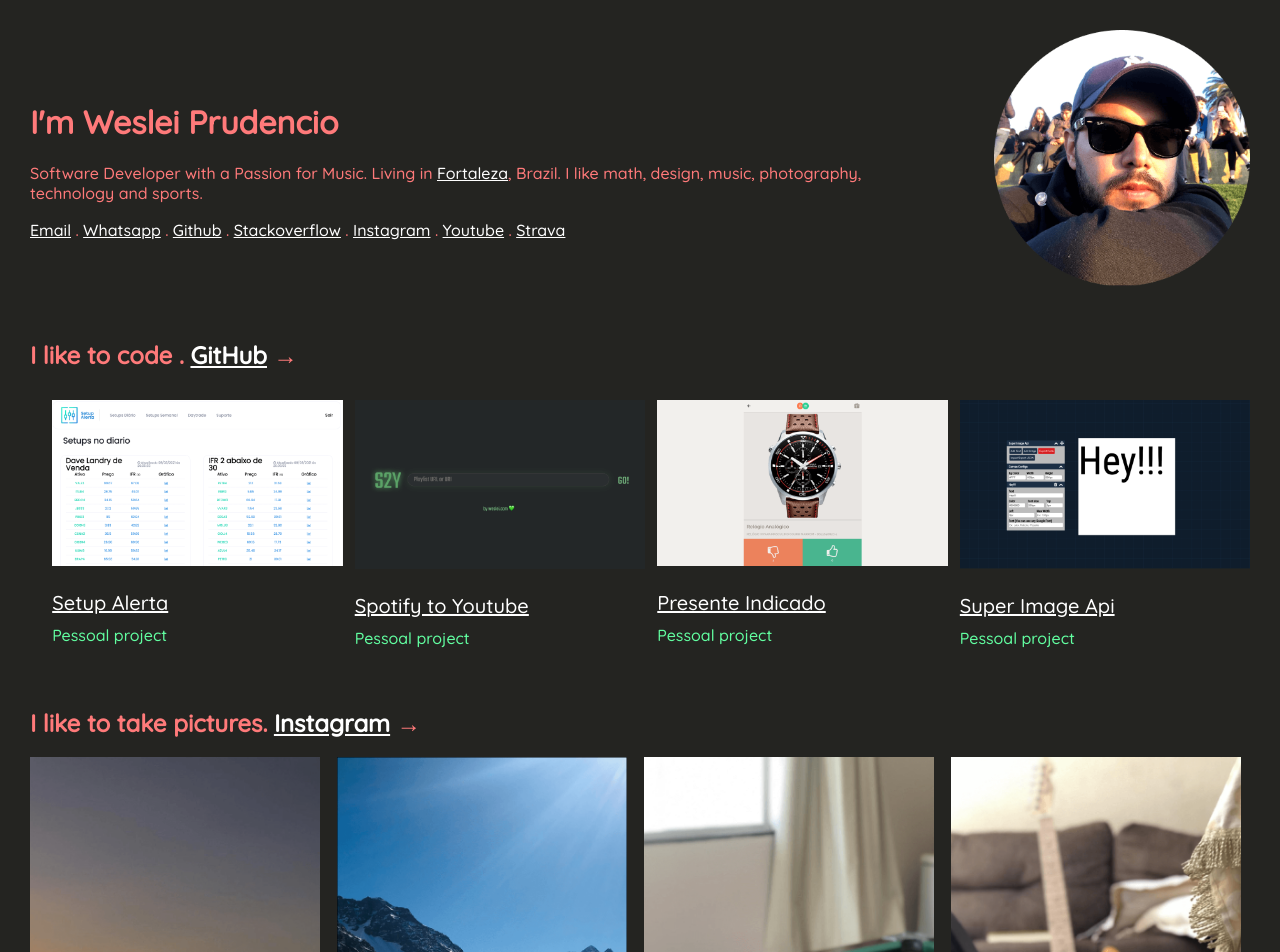
Repository: wprudencio/mywebsite
Page: index_src.html
An editor plug-in stored every save of this project. The page is shown before and after the next save, followed by the edit.
The browser window is 1280 px wide. The pictures show the part of the page from y = 0 to 952 px (the page is 2012 px tall before and 1962 px after).

Above is the page before, as saved 2021-04-15 21:03:27.

### index_src.html
<!DOCTYPE html>
<html lang="en">
  <head>
    <meta charset="UTF-8" />
    <meta name="viewport" content="width=device-width, initial-scale=1.0" />
    <meta http-equiv="X-UA-Compatible" content="ie=edge" />
    <meta name="description" content="Software Developer with a Passion for Music. I like math, design, music, photography, technology and sports.">
    <meta name="keywords" content="Software Engineer,nodejs,node,node.js,javascript,react,react-native,react,postgree,dokku,docker,css,html,fullstack,fullstack developer">
    <title>Weslei Prudencio - Fullstack Developer</title>
    <link rel="stylesheet" type="text/css" href="style.css" />
    <link rel="preconnect" href="https://fonts.gstatic.com" />
    <link rel="shortcut icon" href="img/favicon.ico">
    <link
      href="https://fonts.googleapis.com/css2?family=Quicksand:wght@500&display=swap"
      rel="stylesheet"
    />
  </head>
  <body>
    <div class="header">
      <div class="titles">
        <h1 class="title">I'm Weslei Prudencio</h1>
        <div class="subtile subcolor">
          Software Developer with a Passion for Music. Living in <a target="_blank" href="https://www.google.com/maps/search/fortaleza/@-3.7402515,-38.5448821,14.12z">Fortaleza</a>,
          Brazil. I like math, design, music, photography, technology and sports.
        </div>
        <div class="social-links">
          <a target="_blank" href="/img/contactme.png">Email</a> . <a target="_blank" href="https://api.whatsapp.com/send?phone=+5585997731370&text=hey!"> Whatsapp</a> . <a target="_blank" href="https://github.com/wprudencio">Github</a> .
          <a target="_blank" href="https://stackoverflow.com/users/1723176/weslei-prudencio">Stackoverflow</a> . <a target="_blank" href="https://www.instagram.com/wesprudencio/">Instagram</a> .
          <a target="_blank" href="https://www.youtube.com/user/wesleiwpa">Youtube</a> . <a target="_blank" href="https://www.strava.com/athletes/46133690">Strava</a>
        </div>
      </div>
      <div class="profile-picture"><img src="./img/weslei.png" /></div>
    </div>

    <section class="code">
      <h1 class="title">
        I like to code . <a href="https://github.com/wprudencio" target="_blank" class="subcolor">GitHub</a>
        <span class="hide-on-mobile">→</span>
      </h1>
      <div class="hide-on-mobile">

        <div class="code-content">
          <img src="img/screenshot_setupalerta.png" width="300" />
          <div class="title"><a class="title" href="https://www.setupalerta.com.br">Setup Alerta</a></div>
          <div class="subtitle">Pessoal project</div>
          <!-- <div class="description">
            Software Developer with a Passion for Design. Living in Fortaleza,
            Brazil. I like math, design, technology, and found in software
            development the perfect balance. Django
          </div> -->
        </div>
        <div class="code-content">
          <img src="img/screenshot_s2y.png" width="300" />
          <div class="title"><a class="title" href="https://spotifytoyoutube.weslei.com/">Spotify to Youtube</a></div>
          <div class="subtitle">Pessoal project</div>
          <!-- <div class="description">
            Software Developer with a Passion for Design. Living in Fortaleza,
            Brazil. I like math, design, technology, and found in software
            development the perfect balance. Django
          </div> -->
        </div>
        <div class="code-content">
          <img src="img/screenshot_presenteindicado.png" width="300" />
          <div class="title"><a class="title" href="https://presenteindicado.herokuapp.com/">Presente Indicado</a></div>
          <div class="subtitle">Pessoal project</div>
          <!-- <div class="description">
            Software Developer with a Passion for music and design. Living in Fortaleza,
            Brazil. I like music, design, technology, and found in software
            development the perfect balance. Django
          </div> -->
        </div>
        <div class="code-content">
          <img src="img/screenshot_superimageapi.png" width="300" />
          <div class="title"><a class="title" href="https://superimageapi.weslei.com/">Super Image Api</a></div>
          <div class="subtitle">Pessoal project</div>
          <!-- <div class="description">
            Software Developer with a Passion for music and design. Living in Fortaleza,
            Brazil. I like music, design, technology, and found in software
            development the perfect balance. Django
          </div> -->
        </div>
        <!-- <div class="code-content">
          <img src="img/screenshot_s2y.png" width="300" />
          <div class="title">Setup Alerta</div>
          <div class="subtitle">Pessoal project</div>
          <div class="description">
            Software Developer with a Passion for Design. Living in Fortaleza,
            Brazil. I like math, design, technology, and found in software
            development the perfect balance. Django
          </div>
        </div> -->
      </div>
    </section>

    <section class="photo">
      <h1 class="title">
        I like to take pictures. <a href="https://www.instagram.com/wesprudencio/" target="_blank" class="subcolor">Instagram</a href="">
        <span class="hide-on-mobile">→</span>
      </h1>
      <div class="section-content hide-on-mobile">
        <img src="img/photo1.png" />
        <img src="img/photo2.png" />
        <img src="img/photo3.png" />
        <img src="img/photo4.png" />
      </div>
    </section>
    <section class="music">
      <h1 class="title">
        I like to play . <a href="https://www.youtube.com/user/wesleiwpa" target="_blank" class="subcolor">YouTube</a>
        <span class="hide-on-mobile">→</span>
      </h1>
      <div class="section-content hide-on-mobile">
        <iframe
          src="https://www.youtube.com/embed/yPIpGEmBJB4"
          frameborder="0"
          allow="accelerometer; autoplay; clipboard-write; encrypted-media; gyroscope; picture-in-picture"
          allowfullscreen
        ></iframe>
        <iframe
          src="https://www.youtube.com/embed/cLxHDwdbUxs"
          frameborder="0"
          allow="accelerometer; autoplay; clipboard-write; encrypted-media; gyroscope; picture-in-picture"
          allowfullscreen
        ></iframe>
        <iframe
          src="https://www.youtube.com/embed/GoNQzONj6T8"
          frameborder="0"
          allow="accelerometer; autoplay; clipboard-write; encrypted-media; gyroscope; picture-in-picture"
          allowfullscreen
        ></iframe>
        <iframe
          src="https://www.youtube.com/embed/zvhm4AExjm4"
          frameborder="0"
          allow="accelerometer; autoplay; clipboard-write; encrypted-media; gyroscope; picture-in-picture"
          allowfullscreen
        ></iframe>
      </div>
    </section>

    <footer>Made with love in 🇧🇷</footer>


<!-- Global site tag (gtag.js) - Google Analytics -->
<script async src="https://www.googletagmanager.com/gtag/js?id=G-LMNC2LT64Z"></script>
<script>
  window.dataLayer = window.dataLayer || [];
  function gtag(){dataLayer.push(arguments);}
  gtag('js', new Date());

  gtag('config', 'G-LMNC2LT64Z');
</script><!-- Global site tag (gtag.js) - Google Analytics -->
<script async src="https://www.googletagmanager.com/gtag/js?id=G-LMNC2LT64Z"></script>
<script>
  window.dataLayer = window.dataLayer || [];
  function gtag(){dataLayer.push(arguments);}
  gtag('js', new Date());

  gtag('config', 'G-LMNC2LT64Z');
</script>
  </body>
</html>

### style.css
body {
  background-color: #242421;
  font-family: "Quicksand", sans-serif;
  color: #ff7a7a;
  max-width: 1400px;
  margin: 0 auto;
  padding: 30px;
}
section {
  margin-top: 50px;
}
a {
  color: #ffff;
}

.social-links {
  padding-top: 17px;
}

.header {
  display: flex;
  flex-direction: row;
  margin: auto;
}

.code > div {
  display: flex;
}

.code-content {
  /* border: 1px solid; */
  max-width: 23.8%;
  padding-left: 1%;
}

.code-content > * {
  margin: 10px;
}

.code-content > img {
  width: 100%;
}

.code-content .title {
  font-size: 20px;
}

.code-content .subtitle {
  color: #62ffa1;
}

.code-content .description {
  color: #ffff;
}

.header .titles {
  margin: auto 0;
}

.header .subtile {
  margin-right: 50px;
}

.profile-picture > img {
  width: 256px;
  margin: auto;
}

section.photo img {
  width: 23.8%;

  margin: auto;
}

section.photo img:not(:last-child) {
  padding-right: 1%;
}

section.music iframe {
  width: 23.8%;
  height: 500px;
}

section.music iframe:not(:last-child) {
  padding-right: 1%;
}
footer {
  margin-top: 40px;
}

@media only screen and (min-width: 1077px) {
}

@media only screen and (max-width: 800px) {
  .hide-on-mobile {
    display: none !important;
  }

  .profile-picture > img {
    width: 120px;
    margin: auto;
  }
}

After the next save:
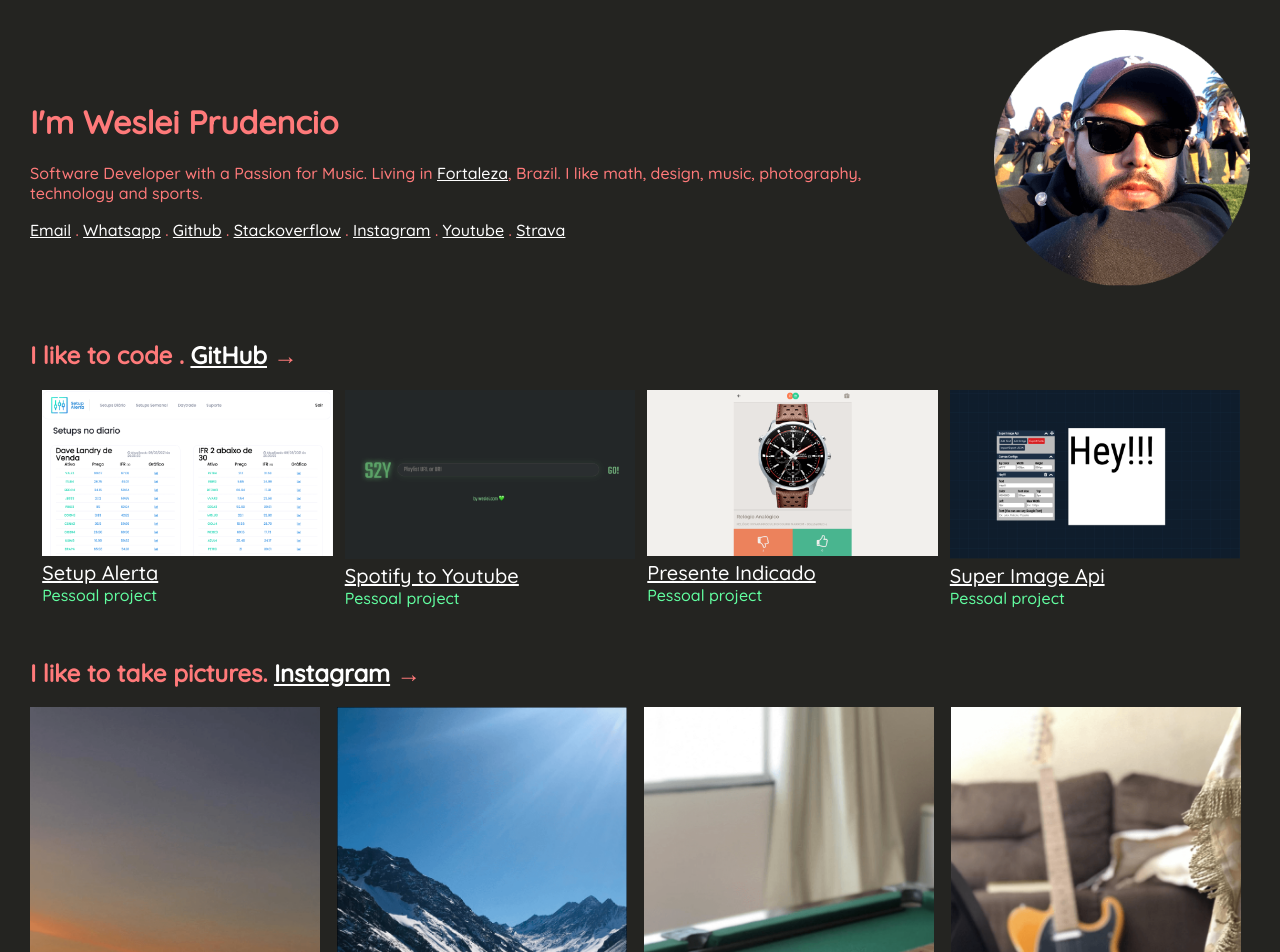
Saved 2 min 24 s later.
--- a/style.css
+++ b/style.css
@@ -34,7 +34,7 @@
 }
 
 .code-content > * {
-  margin: 10px;
+  /* margin: 10px; */
 }
 
 .code-content > img {
@@ -68,7 +68,6 @@
 
 section.photo img {
   width: 23.8%;
-
   margin: auto;
 }
 

After the save that followed:
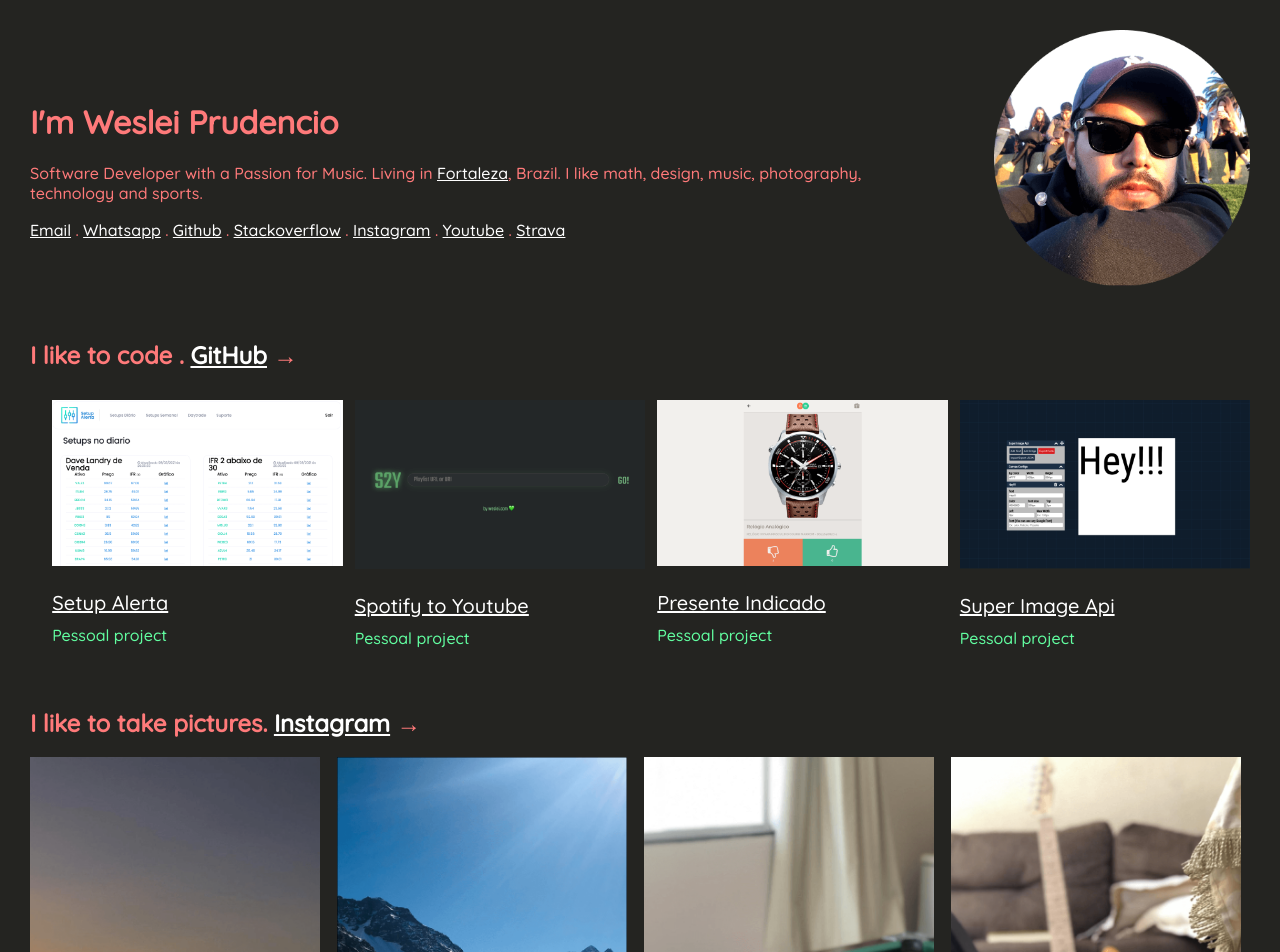
Saved 5 s later.
--- a/style.css
+++ b/style.css
@@ -34,7 +34,7 @@
 }
 
 .code-content > * {
-  /* margin: 10px; */
+  margin: 10px;
 }
 
 .code-content > img {
